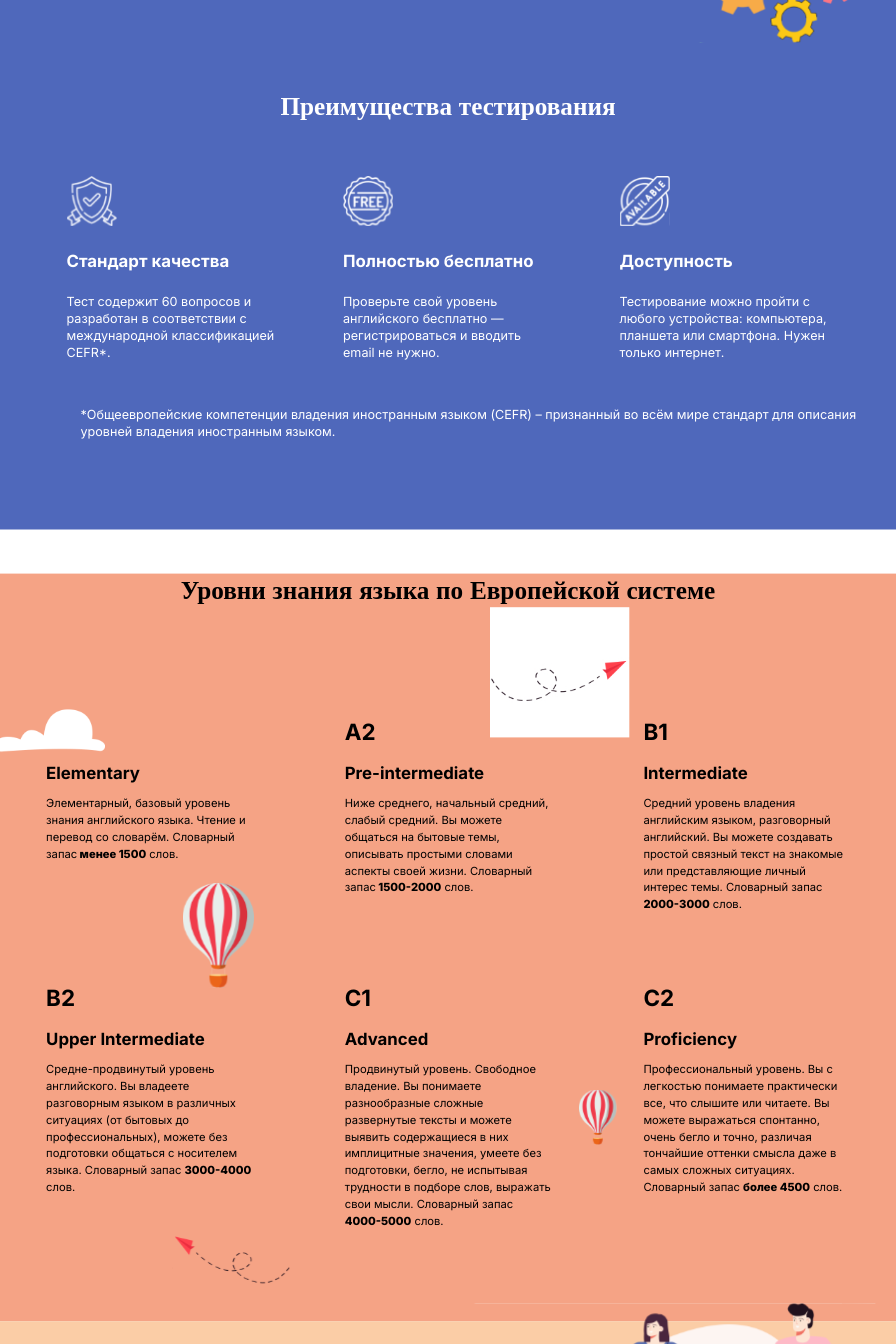
Repository: WladimirVA/PP-01-01_Dandelions
Page: Index.html
These files come from the project's save history. The page is drawn as it stood at one moment and after the next save; the edit follows.
The browser window is 1280 px wide. The pictures show the part of the page from y = 1438 to 3358 px (the page is 3910 px tall), at 70% of full size.

Above is the page before, as saved 2023-01-25 11:56:34.

### Index.html
<!DOCTYPE html>
<html lang="ru">
<head>
    <meta charset="UTF-8">
    <meta http-equiv="X-UA-Compatible" content="IE=edge">
    <meta name="viewport" content="width=device-width, initial-scale=1.0">
    <link href="./static/css/style.css" rel="stylesheet" type="text/css">
    <link href="./static/css/fonts.css" rel="stylesheet" type="text/css">
    <link rel="icon" sizes="16x16" href="./static/img/Иконка _Лого_ (1_1).svg" type="image/x-icon">
    <title>Dandelions</title>
</head>
<body>
    <!-- <script src="./js/scrollButton.js"></script> -->
    <header class="header" di="HOME">
        <div class="section">
            <div class="section-header">
                <div class="logo">
                    <img src="./static/img/Иконка _Лого_ (1).svg">
                </div>
                <nav>
                    <ul class="header-nav">
                        <li><a class="link" href="#ADVAN_TEST">Преимущества теста</a></li>
                        <li><a class="link" href="#LANGUAGE_LEVELS">Уровни знания языка</a></li>
                        <li><a class="link" href="#FOOTER">Свяжитесь с нами</a></li>
                    </ul>
                </nav>
            </div>
        </div>
    </header>
    <main>
        <section class="HOME">
        <div class="section">
            <div class="content">
                <h1 class="title">
                    проверь свой уровень <br>английского
                </h1>
                <div class="section-home">

                    <div class="title-home">

                        <p class="home_p">
                            Пройдите наш <span  style="font-weight:900"> бесплатный <br></span> онлайн-тест и узнайте свой уровень <br>владения английским языком
                        </p>
                        <ul class="home_ul">
                            <li class="home_li"><img class="check" src="./static/img/Иконка _Галочка_ 3.svg">Без регистрации</li>
                            <li class="home_li"><img class="check" src="./static/img/Иконка _Галочка_ 3.svg">Без ограничений по времени</li>
                            <li class="home_li"><img class="check" src="./static/img/Иконка _Галочка_ 3.svg">По международным стандартам</li>
                        </ul>
                        <div class="buttonsHome">
                            <form action="./name.html">
                                <button class="button_home">Пройти тест</button>
                            </form>
                        </div>
                    </div>
                    <div class="image-home">
                        <img src="./static/img/иллюстр 6 (1).svg">
                    </div>
                </div>
                <h1 class="title_2">Почему важно знать<br>свой уровень английского?</h1>
                <div class="section-home-2">
                    <div class="image-home-2">
                        <img src="./static/img/иллюстр 2 1.jpg">
                    </div>
                    <div class="home_p home-text">
                        <p>Если Вы решили улучшить свой английский, перед началом обучения всегда надо определить свой уровень знаний.</p>
                        <p class="p-text">Тест на определение уровня английского языка позволяет понять, с какого уровня следует начинать занятия, помогает преподавателю грамотно составить программу обучения, оценить сильные стороны ученика.</p>
                    </div>
                </div>
            </div>

        </div>
        </section>
        <section class="ADVAN_TEST" id="ADVAN_TEST">
            <div class="section">
                <div class="content">
                    <div class="content_img">
                        <img src="./static/img/иллюстр1 1.svg">
                    </div>
                    <div class="text_test">
                        <h1 class="title_3">Преимущества тестирования</h1>
                    </div>
                    <div class="content-ADVAN_TEST">
                        <div class="quality test-info">
                            <img src="./static/img/Mask group 1.svg">
                            <h3 class="advan-test">Стандарт качества</h3>
                            <p class="advan-test-p">Тест содержит 60 вопросов и разработан в соответствии с международной классификацией CEFR*. </p>
                        </div>
                        <div class="free test-info">
                            <img src="./static/img/Mask group2 1.svg">
                            <h3 class="advan-test">Полностью бесплатно</h3>
                            <p class="advan-test-p">Проверьте свой уровень английского бесплатно — регистрироваться и вводить email не нужно.</p>
                        </div>
                        <div class="availability test-info">
                            <img src="./static/img/Mask group1 1.svg">
                            <h3 class="advan-test">Доступность</h3>
                            <p class="advan-test-p">Тестирование можно пройти с любого устройства: компьютера, планшета или смартфона. Нужен только интернет.</p>
                        </div>
                    </div>
                    <p class="advan-test-p advan-test-p-2">*Общеевропейские компетенции владения иностранным языком (CEFR) – признанный во всём мире стандарт для описания уровней владения иностранным языком. </p>
                </div>
            </div>
        </section>
        <section class="LANGUAGE_LEVELS" id="LANGUAGE_LEVELS">
            <div class="section">
                <div class="content">
                    <div class="text_test">
                        <h1 class="title_3">Уровни знания языка по Европейской системе</h1>
                        <img src="./static/img/иллюстр 1 1.jpg">
                    </div>
                    <div class="container">
                        <div class="box-1 container-box">
                            <img class="cloud" src="./static/img/Vector 5.png">
                            <h3>А1</h3>
                            <p class="container-box-p">Elementary</p>
                            <p class="container-box-p2">Элементарный, базовый уровень знания английского языка. Чтение и перевод со словарём. Словарный запас<span  style="font-weight:900"> менее 1500</span> слов.</p>
                            <img class="ball" src="./static/img/иллюстр 3 1.svg">
                        </div>
                        <div class="box-2 container-box">
                            <h3>А2</h3>
                            <p class="container-box-p">Pre-intermediate</p>
                            <p class="container-box-p2">Ниже среднего, начальный средний, слабый средний. Вы можете общаться на бытовые темы, описывать простыми словами аспекты своей жизни. Словарный запас<span  style="font-weight:900"> 1500-2000</span> слов.</p>
                        </div>
                        <div class="box-3 container-box">
                            <h3>B1</h3>
                            <p class="container-box-p">Intermediate</p>
                            <p class="container-box-p2">Средний уровень владения английским языком, разговорный английский. Вы можете создавать простой связный текст на знакомые или представляющие личный интерес темы. Словарный запас<span  style="font-weight:900"> 2000-3000</span> слов.</p>
                        </div>
                        <div class="box-4 container-box">
                            <h3>B2</h3>
                            <p class="container-box-p">Upper Intermediate</p>
                            <p class="container-box-p2">Средне-продвинутый уровень английского. Вы владеете разговорным языком в различных ситуациях (от бытовых до профессиональных), можете без подготовки общаться с носителем языка. Словарный запас <span  style="font-weight:900">3000-4000</span> слов.</p>
                            <img class="ball-2" src="./static/img/иллюстр 5 1.svg">
                        </div>
                        <div class="box-5 container-box">
                            <h3>C1</h3>
                            <p class="container-box-p">Advanced</p>
                            <p class="container-box-p2">Продвинутый уровень. Свободное владение. Вы понимаете разнообразные сложные развернутые тексты и можете выявить содержащиеся в них имплицитные значения, умеете без подготовки, бегло, не испытывая трудности в подборе слов, выражать свои мысли. Словарный запас <span  style="font-weight:900">4000-5000</span> слов.</p>
                            <img class="ball-3" src="./static/img/иллюстр 4 1.svg">
                        </div>
                        <div class="box-6 container-box">
                            <h3>C2</h3>
                            <p class="container-box-p">Proficiency</p>
                            <p class="container-box-p2">Профессиональный уровень. Вы с легкостью понимаете практически все, что слышите или читаете. Вы можете выражаться спонтанно, очень бегло и точно, различая тончайшие оттенки смысла даже в самых сложных ситуациях. Словарный запас <span  style="font-weight:900">более 4500</span> слов.</p>
                        </div>
                      </div>
                </div>
            </div>
        </section>
        <section class="TEST">
            <div class="section">
                <div class="content">
                    <div class="test-now">
                        <div class="test-now-text">
                            <h1 class="title_3">Протестируйте свой английский<br> прямо сейчас</h1>
                            <form href="">
                                <button class="button test_button">Пройти тест</button>
                            </form>
                            <!-- <button class="button test_button" type="submit">Пройти тест</button> -->
                        </div>
                        <div class="test-now-img">
                            <img src="./static/img/Group 78 1 (1).svg">
                        </div>
                    </div>
                </div>
            </div>
        </section>
    </main>
    <footer class="FOOTER" id="FOOTER">
        <div class="section">
            <div class="section-footer">
                <div class="footer-logo">
                    <img src="./static/img/Vector (3).svg">
                    <p class="footer-logo-p">© Vorobey English 2023</p>
                    <p class="footer-logo-p2">Все права защищены</p>
                </div>
                <div class="footer-navi">
                    <nav>
                        <ul class="footer-nav">
                            <li><a class="footer-link" href="#ADVAN_TEST">Преимущества теста</a></li>
                            <li><a class="footer-link" href="#LANGUAGE_LEVELS">Уровни знания языка</a></li>
                            <li><a class="footer-link" href="#FOOTER">Свяжитесь с нами</a></li>
                        </ul>
                    </nav>
                    <p><a class="footer-link" href="mailto:englishtest@yandex.ru">englishtest@yandex.ru</a></p>
                </div>

            </div>
        </div>
    </footer>
</body>
<script>
const goTopBtn = document.querySelector(".button");

goTopBtn.addEventListener("click", goTop);

function goTop() {

  if (window.pageYOffset > 0) {
    window.scrollBy(0, -10); // второй аргумент - скорость
    setTimeout(goTop, 0); // входим в рекурсию
  }
}
</script>
</html>

### static/css/style.css
body {
    scroll-behavior: smooth;
    align-items: center;
    width: 100%;
    max-width: 1366px;
    margin: auto;
    font-family: 'Inter', 'Work Sans', "NunitoSans-Light", Arial, Helvetica, sans-serif;
}

.section {
    margin: 0 auto;
    max-width: 1366px;
}

* {
    margin: 0;
    padding: 0;
}
.header {
    margin-left: 59px;
    margin-right: 92px;
}
.section-header {
    justify-content: space-between;
    height: 83px;
    width: 100%;
    display: flex;
    align-items: center;
}
.logo {
    width: 84px;
    height: auto;
}
.header-nav {
    display: flex;
    list-style-type: none;
}
.link {
    text-decoration: none;
    /* cursor: pointer; */
    font-family: 'Inter';
    font-weight: 500;
    font-size: 16px;
    line-height: 19px;
    color: #000000;
}
.header-nav li {
    margin-right: 35px;
}

.HOME {
    margin-top: 64px;
    margin-left: 93px;
    margin-right: 92px;
    background-color: #FEF6F3;
}
.section-home {
    align-items: center;
    display: flex;
    justify-content: space-between;
    margin-top: -90px;
}


.title {
    font-family: 'Work Sans';
    font-style: normal;
    font-weight: 600;
    font-size: 40px;
    line-height: 48px;
    display: flex;
    align-items: center;
    letter-spacing: 0.02em;
    text-transform: uppercase;
}
.home_p {
    font-family: 'Work Sans';
    font-style: normal;
    font-weight: 400;
    font-size: 20px;
    line-height: 24px;
    margin-top: 43px;
}

.home_ul {
    margin-top: 35px;
}
.home_li {
    list-style-type: none;
    margin-top: 12px;
    font-family: 'Inter';
    font-style: normal;
    font-weight: 400;
    font-size: 16px;
    line-height: 20px;
}

.check {
    margin-bottom: -7px;
    margin-right: 16px;
}

.buttonsHome {
    margin-top: 68px;
}
.button_home {
    background: #FBC815;
    border-radius: 50px;
    width: 267px;
    height: 56px;
    font-family: 'Inter';
    font-style: normal;
    font-weight: 700;
    font-size: 20px;
    line-height: 24px;
    border: 0;
    cursor: pointer;
}

.image-home {
    width: 747px;
    height: 496px;
}

.title_2 {
    display: block;
    margin-top: 160px;
    text-transform: none;
    font-family: 'Work Sans';
    font-style: normal;
    font-weight: 800;
    font-size: 36px;
    line-height: 48px;
    align-items: center;
    text-align: center;
}

.section-home-2 {
    align-items: center;
    display: flex;
    justify-content: space-around;
    margin-top: 20px;
}

.home-text {
    width: 490px;
}

.p-text {
    margin-top: 32px;
}

.ADVAN_TEST {
    background: #4F68BB;
    color: white;
    height: 712px;
    padding-top: 63px;
    margin-top: 160px;
}

.content_img {
    margin-top: -147px;
    text-align: end;
    margin-right: 50px;
}

.content-ADVAN_TEST {
    display: flex;
    justify-content: space-evenly;
    margin-top: 75px;
}

.text_test {
    margin-top: 63px;
}

.test-info {
   width: 300px;
}



.title_3 {
    display: block;
    text-transform: none;
    font-family: 'Work Sans';
    font-style: normal;
    font-weight: 800;
    font-size: 36px;
    line-height: 48px;
    align-items: center;
    text-align: center;
}

.advan-test {
    margin: 30px 0 30px 0;
    font-style: normal;
    font-weight: 700;
    font-size: 24px;
    line-height: 32px;
}

.advan-test-p {
    font-style: normal;
    font-weight: 400;
    font-size: 18px;
    line-height: 24px;
}

.advan-test-p-2 {
    margin: 65px 0 0 115px;
    max-width: 1117px;
}

.container {
    display: grid;
    grid-template-columns: repeat(3, 295px);
    justify-items: stretch;
    justify-content: space-around;;
    grid-template-rows: 100px 100px 100px;
    row-gap:  280px;
    margin-top: -30px;
}

.text_test img {
    margin-left: 700px;
}

.container-box h3 {
    font-style: normal;
    font-weight: 700;
    font-size: 32px;
    line-height: 36px;
}

.container-box-p {
    font-style: normal;
    font-weight: 700;
    font-size: 24px;
    line-height: 32px;
    margin: 25px 0 15px 0;
}

.container-box-p2 {
    font-style: normal;
    font-weight: 400;
    font-size: 16px;
    line-height: 24px;
}

.LANGUAGE_LEVELS {
    background-color:  #f5a385;
}

.cloud {
    margin: -14px 0 0 -74px;
    position: absolute;
}

.ball {
    display: block;
    position: inherit;
    margin-left:195px;
    margin-top: 30px;
}

.ball-2 {
    margin-left: 180px;
}

.ball-3 {
    display: block;
    margin-left: 335px;
    margin-top: -199px;
}

.button {
    text-align: center;
    background: #F03F5A;
    cursor: pointer;
    border-radius: 30px;
    border: 0;
}

.TEST {
    background-color: #FBCDA6;
    height: 352px;
}

.test_button {
    margin-top: 30px;
    width: 267px;
    height: 56px;
    font-family: 'Inter';
    font-style: normal;
    font-weight: 700;
    font-size: 20px;
    line-height: 24px;
    }

.test-now {
    display: flex;
    justify-content: space-between;
    margin-left: 89px;
}

.test-now-text {
    text-align: center;
    margin-top: 82px;
}

.test-now-img {
    margin-top: -93px;
}

.FOOTER {
    background: #4F68BB;
    height: 232px;
    color: #C9C9C9;
}

.footer-logo-p {
    margin-top: -65px;
    margin-left: 74px;
}

.footer-logo-p2 {
    margin-top: 16px;
    margin-left: 74px;
}


.section-footer {
    display: flex;
    justify-content: space-between;
    align-items: center;
    max-width: 1200px;
}
.footer-nav {
    display: grid;
    list-style-type: none;
    line-height: 2.5;
}

.footer-link {
    text-decoration: none;
    font-family: 'Inter';
    font-weight: 500;
    font-size: 16px;
    line-height: 19px;
    color: #C9C9C9;
    list-style-type: none;
}

### static/css/fonts.css
@import url('https://fonts.googleapis.com/css2?family=Work+Sans:ital,wght@0,600;0,800;1,800&display=swap');


@import url('https://fonts.googleapis.com/css2?family=Inter:wght@400;500;600;700;800&family=Work+Sans:ital,wght@0,600;0,800;1,800&display=swap');

After the next save:
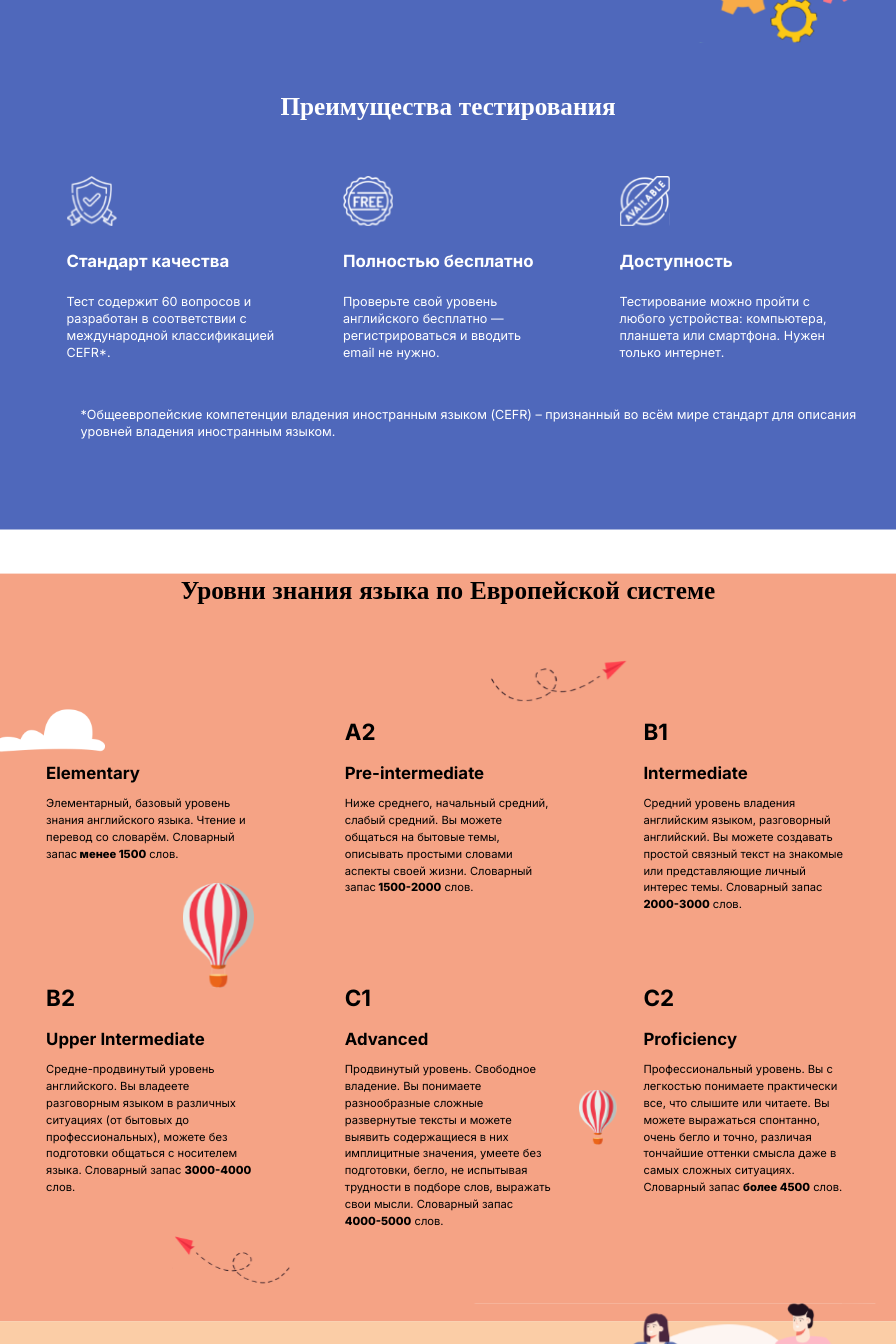
Saved 62 s later.
--- a/Index.html
+++ b/Index.html
@@ -105,7 +105,7 @@
                 <div class="content">
                     <div class="text_test">
                         <h1 class="title_3">Уровни знания языка по Европейской системе</h1>
-                        <img src="./static/img/иллюстр 1 1.jpg">
+                        <img src="./static/img/иллюстр 1 1.svg">
                     </div>
                     <div class="container">
                         <div class="box-1 container-box">
